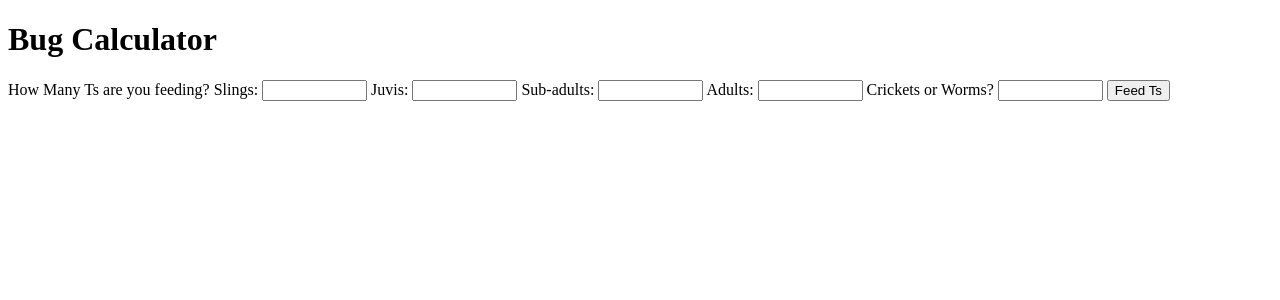
Repository: champloo2/JSPServeletCIS175
Page: http://localhost/TFeeder/bugCalc.jsp
An editor plug-in stored every save of this project. The page is shown before and after the next save, followed by the edit.
The browser window is 1280 px wide. The pictures show the whole page.
The page is served by Tomcat 9.

Above is the page before, as saved 2020-02-12 00:25:11.

After the next save:
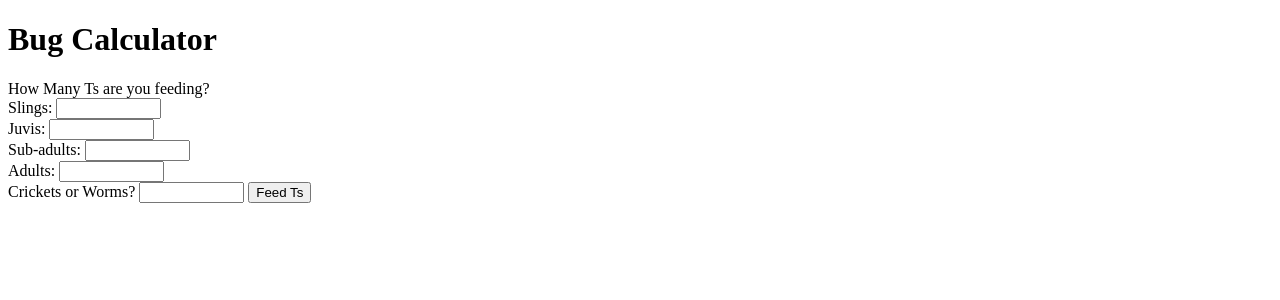
Saved 2 min 12 s later.
--- a/TFeeder/WebContent/bugCalc.jsp
+++ b/TFeeder/WebContent/bugCalc.jsp
@@ -10,15 +10,15 @@
 <body>
 <h1>Bug Calculator</h1>
 <form action="getCentsServlet" method="post">
-How Many Ts are you feeding?
+How Many Ts are you feeding? <br />
 Slings:
-<input type="text" name="numOfSlings" size="10">
+<input type="text" name="numOfSlings" size="10"><br />
 Juvis:
-<input type="text" name="numOfJuvis" size="10">
+<input type="text" name="numOfJuvis" size="10"><br />
 Sub-adults:
-<input type="text" name="numOfSubs" size="10">
+<input type="text" name="numOfSubs" size="10"><br />
 Adults:
-<input type="text" name="numOfAdults" size="10">
+<input type="text" name="numOfAdults" size="10"><br />
 Crickets or Worms?
 <input type="text" name="feederType" size="10">
 <input type="submit" value="Feed Ts" />
